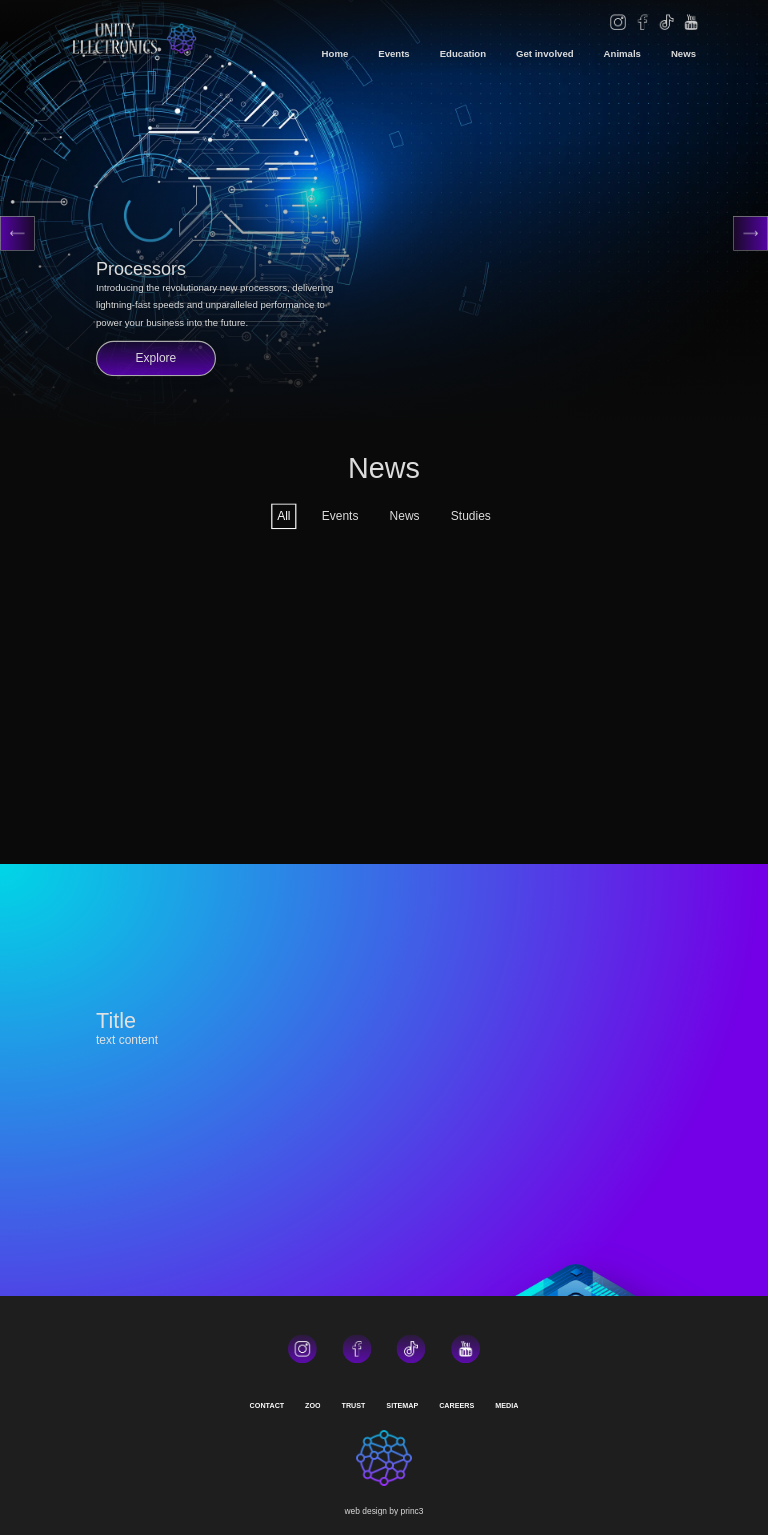
Repository: princ3-web/five
Page: /
An editor plug-in stored every save of this project. The page is shown before and after a run of saves, followed by the edit.
The browser window is 1280 px wide. The pictures show the whole page, at 60% of full size.
An inner scrolling area shows only its first screen. The project was rebuilt for these pictures with package versions that can differ from the ones it lists, and the page was loaded fresh each time. Also part of the build but not shown: src/css/subpage.module.css, src/pages/Events.jsx, src/pages/Education.jsx, src/pages/Membership.jsx, src/pages/Animals.jsx, src/pages/News.jsx, src/pages/Support.jsx.

Above is the page before, as saved 2023-05-08 18:55:16.

### src/App.jsx
import React, { useState } from "react";
import { Routes, Route } from "react-router-dom";
import app from "./css/app.module.css";
import Navbar from "./components/Navbar.jsx";
import Bottombar from "./components/Bottombar.jsx";
import Main from "./pages/Main.jsx";
import Events from "./pages/Events.jsx";
import Education from "./pages/Education.jsx";
import Membership from "./pages/Membership.jsx";
import Animals from "./pages/Animals.jsx";
import News from "./pages/News.jsx";
import Support from "./pages/Support.jsx";
import Scrolltotop from "./components/Scrolltotop";

function App() {
  return (
    <div className={app.app}>
      <Navbar />
      <Routes>
        <Route path="/" element={<Main />} exact />
        <Route path="/Events" element={<Events />} exact />
        <Route path="/Education" element={<Education />} exact />
        <Route path="/Membership" element={<Membership />} exact />
        <Route path="/Animals" element={<Animals />} exact />
        <Route path="/News" element={<News />} exact />
        <Route path="/Support" element={<Support />} exact />
      </Routes>
      <Bottombar />
      <Scrolltotop />
    </div>
  );
}

export default App;

### src/css/app.module.css
:root {
    --thin: 200;
    --regular: 400;
    --bold: 600;
    --font-12: 12px;
    --font-14: 14px;
    --font-16: 16px;
    --font-20: 20px;
    --font-24: 24px;
    --font-30: 30px;
    --font-36: 36px;
    --font-48: 48px;
    --dark: rgb(10, 10, 10);
    --dark-transp-100: rgb(0, 0, 0, 0.5);
    --gray-transp-200: rgba(100, 100, 100, 0.5);
    --gray-transp-300: rgba(100, 100, 100, 0.25);
    --gray-50: rgb(30, 30, 30);
    --gray-100: rgb(60, 60, 60);
    --gray-150: rgb(100, 100, 100);
    --gray-200: rgb(170, 170, 170);
    --gray-300: rgb(220, 220, 220);
    --gray-400: rgb(240, 240, 240);
    --light: rgb(250, 250, 250);
    --light-transp: rgb(255, 255, 255, 0.2);
    --blue-200: rgb(0, 78, 162);
    --blue-300: rgb(0, 123, 255);
    --teal-300: rgb(0, 238, 255);
    --violet-200: rgb(81, 0, 162);
    --violet-300: rgb(128, 0, 255);
    --transp: rgba(0, 0, 0, 0);
}

@import url('https://fonts.googleapis.com/css2?family=Raleway&display=swap');


html > div {
    display: none;
  }

  * {
    overflow-x: hidden;
    padding: 0;
    margin: 0;
    font-family: 'Raleway', sans-serif;
    user-select: none;
  }

  .app{
    background-color: var(--dark);
    height: fit-content;
  }

  .section{
    display: flex;
    flex-direction: column;
    min-height: 100vh;
  }

### src/components/Bottombar.jsx
import React from "react";
import bottombar from "../css/bottombar.module.css";
import logobw from "../assets/icons/logo.png";
import instagram from "../assets/icons/instagram.png";
import facebook from "../assets/icons/facebook.png";
import tiktok from "../assets/icons/tiktok.png";
import youtube from "../assets/icons/youtube.png";
import navbar from "../css/navbar.module.css";
import { Link } from "react-router-dom";

const Bottombar = () => {
  const socials = [instagram, facebook, tiktok, youtube];
  const links = ["CONTACT", "ZOO", "TRUST", "SITEMAP", "CAREERS", "MEDIA"];

  return (
    <>
      <div className={bottombar.bottomBar}>
        <div className={bottombar.socials}>
          {socials.map((item, n) => (
            <img className={bottombar.socialButton} src={item} alt="" key={n} />
          ))}
        </div>
        <div className={bottombar.links}>
          {links.map((item, n) => (
            <div className={bottombar.link} key={n}>
              {item}
            </div>
          ))}
        </div>
        <Link className={navbar.link} to={"/"}>
        <img className={bottombar.logo} src={logobw} alt="" onClick={() => window.scrollTo(0, 0)} />
        </Link>
        <div className={bottombar.signature}>web design by princ3</div>
      </div>
    </>
  );
};

export default Bottombar;

### src/pages/Main.jsx
import React, { useState, useEffect } from "react";
import app from "../css/app.module.css";
import Imagescroller from "../components/Imagescroller";
import Newspicker from "../components/Newspicker";
import Objectscroller from "../components/Objectscroller";

const Main = () => {
  return (
    <>
      <div className={app.section}>
        <Imagescroller />
      </div>

      <div className={app.section}>
        <Newspicker />
      </div>
      <div className={app.section}>
        <Objectscroller />
      </div>
    </>
  );
};

export default Main;

### src/components/Scrolltotop.jsx
import React from 'react';
import { useLocation } from 'react-router-dom';
import { useEffect } from 'react';

const Scrolltotop = () => {
    const { pathname } = useLocation();

    useEffect(() => {
      window.scrollTo(0, 0);
    }, [pathname]);
  }

export default Scrolltotop;

### src/css/navbar.module.css
.navbar {
  position: absolute;
  display: flex;
  flex-direction: row;
  justify-content: space-between;
  align-items: center;
  z-index: 5;
  width: 100%;
  padding-inline: 7rem;
  height: 8rem;
  font-size: var(--font-16);
  overflow: visible;
  box-sizing: border-box;
  background: linear-gradient(var(--dark) -30%, var(--transp) 100%);
}

.navbarContent {
  height: 100%;
  display: flex;
  flex-direction: column;
  justify-content: space-evenly;
}

.navbarTopIcons {
  display: flex;
  flex-direction: row;
  justify-content: space-between;
  width: 12vw;
  margin-left: auto;
  margin-right: 0;
}

.navbarTopIcon {
  width: 2rem;
  filter: brightness(0.8);
}

.navbarTopIcon:hover {
  filter: brightness(1);
  cursor: pointer;
}

.navbarButtons {
  display: flex;
  flex-direction: row;
  justify-content: space-between;
  width: 50vw;
  margin-left: auto;
  margin-right: 0;
}

.navbarButton {
  color: var(--gray-300);
  padding: 0.5rem;
  font-weight: var(--bold);
  cursor: pointer;
  transition: 0.2s;
}

.navbarButton:hover {
  color: var(--gray-400);
  cursor: pointer;
}

.dropdownBackground {
  background-color: black;
  width: 100%;
  height: 15rem;
}

.navbarButtonDropdown {
  visibility: hidden;
  z-index: 3;
  position: absolute;
  margin-left: -25px;
  padding-inline: 1.5rem;
  padding-block: 0.5rem;
  cursor: pointer;
  line-height: 2rem;
  filter: opacity(0);
  transition: 0.35s;
  background: linear-gradient(135deg, var(--dark-transp-100), var(--violet-200));
}

.navbarButton:hover ~ .navbarButtonDropdown {
  visibility: visible;
  filter: opacity(1);
}

.navbarButtonDropdown:hover {
  visibility: visible;
  filter: opacity(1);

}

.navbarButtonDropdownItem {
  color: var(--gray-300);
  display: block;
  transition: 0.2s;
  text-decoration: none;
}

.navbarButtonDropdownItem:hover {
  color: var(--light);
}

.navbarTopButton {
  height: fit-content;
  padding: 0.5rem;
  font-weight: var(--regular);
  cursor: pointer;
}

.logo {
  position: relative;
  display: block;
  height: 40%;
  object-fit: contain;
  z-index: 1;
  filter: drop-shadow(1px 1px 1px var(--dark));
}

.link {
  height: 100%;
  overflow: hidden;
  display: flex;
  align-items: center;
}

.mobileButton {
  display: none;
}

.mobileMenu {
  display: none;
}

@media screen and (max-width: 480px) {
  .navbar {
    height: 5rem;
    padding-inline: 0.5rem;
  }

  .navbarTopButtons {
    display: none;
  }
  .navbarButtons {
    display: none;
  }

  .logo {
    height: 70%;
  }

  .mobileButton {
    display: block;
    height: 50%;
    margin-right: 0.5rem;
    z-index: 1;
  }

  .mobileMenu {
    position: absolute;
    display: block;
    box-sizing: border-box;
    top: 5rem;
    left: 100vw;
    width: 100vw;
    height: 100vh;
    text-align: center;
    background-size: 20rem;
    background-color: var(--green-400);
    transition: 0.2s;
  }

  .mobileMenuShow {
    left: 0;
  }

  .mobileMenuItem {
    color: var(--light);
    font-size: var(--font-20);
    line-height: 4rem;
    text-decoration: none;
  }
}

### src/css/bottombar.module.css
.bottomBar {
  position: relative;
  display: flex;
  flex-direction: column;
  align-items: center;
  width: 100%;
  background-color: var(--gray-50);
  padding-bottom: 2rem;
}

.socials {
  position: relative;
  width: 25%;
  margin: auto;
  left: 0;
  right: 0;
  margin-top: 4rem;
  display: flex;
  flex-direction: row;
  justify-content: space-between;
}

.socialButton {
  width: 2rem;
  padding: 0.5rem;
  background-color: var(--violet-200);
  background: linear-gradient(180deg, var(--transp), var(--violet-300));
  background-size: 100% 200%;
  background-position: 100% 25%;
  transition: 0.5s;
  border-radius: 2rem;
  cursor: pointer;
}

.socialButton:hover {
  background-position: 100% 100%;

}

.links {
  position: relative;
  width: 35%;
  font-size: var(--font-12);
  margin: auto;
  left: 0;
  right: 0;
  margin-top: 4rem;
  display: flex;
  flex-direction: row;
  justify-content: space-between;
}

.link {
  color: var(--light);
  font-weight: var(--bold);
  cursor: pointer;
}

.link:hover {
  color: var(--gray-200);
}

.logo {
  position: relative;
  width: 6rem;
  padding-top: 2rem;
  padding-bottom: 2rem;
  cursor: pointer;
  transition: 0.2s;
}

.logo:hover {
  filter: brightness(0.8);
}

.signature {
  color: var(--gray-300);
  font-size: var(--font-14);
  font-weight: var(--thin);
}

@media screen and (max-width: 480px) {
  .socials {
    width: 90%;
  }

  .links {
    display: flex;
    flex-wrap: wrap;
    width: 90%;
    justify-content: space-between;
  }

  .link {
    width: 30%;
    height: 3rem;
    text-align: center;
  }
}

### src/components/Imagescroller.jsx
import React, { useEffect, useState } from "react";
import imagescroller from "../css/imagescroller.module.css";

const Imagescroller = () => {
  const [selectedBackground, toggleSelectedBackground] = useState(0);

  useEffect(() => {
    const intervalId = setInterval(() => {
      selectedBackground < 2
        ? toggleSelectedBackground((state) => state + 1)
        : toggleSelectedBackground(0);
    }, 6000);

    return () => {
      clearInterval(intervalId);
    };
  }, [selectedBackground]);

  const backgrounds = [0, 1, 2];
  const backgroundsText = [
    {
      title: "Processors",
      text: "Introducing the revolutionary new processors, delivering lightning-fast speeds and unparalleled performance to power your business into the future.",
    },
    {
      title: "New Techs",
      text: "Unlock the full potential of your industry with cutting-edge technologies designed to increase efficiency, productivity, and profitability.",
    },
    {
      title: "GPUs",
      text: "Experience unprecedented gaming performance and immerse yourself in stunningly realistic graphics with our new ground-breaking graphics cards.",
    },
  ];

  return (
    <div>
      <div className={imagescroller.imageScroller}>
        {backgrounds.map((item, n) => (
          <img
            className={[
              imagescroller.image,
              selectedBackground !== n ? imagescroller.imageFade : "",
            ].join(" ")}
            src={require("../assets/images/background" + n + ".webp")}
            alt=""
          />
        ))}

        <img
          className={imagescroller.arrow}
          onClick={() =>
            selectedBackground > 0
              ? toggleSelectedBackground((state) => state - 1)
              : toggleSelectedBackground(backgrounds.length - 1)
          }
          style={{ left: "0", rotate: "180deg", translateY: "-50%" }}
          src={require("../assets/icons/arrow.png")}
          alt=""
        />
        <img
          className={imagescroller.arrow}
          onClick={() =>
            selectedBackground < backgrounds.length - 1
              ? toggleSelectedBackground((state) => state + 1)
              : toggleSelectedBackground(0)
          }
          style={{ right: "0", rotate: "0deg", translateY: "-50%" }}
          src={require("../assets/icons/arrow.png")}
          alt=""
        />
        <div className={imagescroller.gradient}></div>
      </div>
      <div className={imagescroller.explore}>
        <div className={imagescroller.exploreTitle}>
          {backgroundsText[selectedBackground].title}
        </div>
        <div className={imagescroller.exploreText}>
          {backgroundsText[selectedBackground].text}
        </div>
        <div className={imagescroller.exploreButton}>Explore</div>
      </div>
    </div>
  );
};

export default Imagescroller;

### src/components/Newspicker.jsx
import React, { useState } from "react";
import newspicker from "../css/newspicker.module.css";

const Newspicker = () => {
  const newsButtons = ["All", "Events", "News", "Studies"];
  const [selectedButton, toggleSelectedButton] = useState(0);

  return (
    <div className={newspicker.news}>
      <div
        className={newspicker.newsTitle}
        style={{ textAlign: "center", marginTop: "2rem" }}
      >
        News
      </div>
      <div className={newspicker.newsButtons}>
        {newsButtons.map((item, n) => (
          <div
            className={[
              newspicker.newsButton,
              n === selectedButton && newspicker.newsButtonSelected,
            ].join(" ")}
            onClick={() => toggleSelectedButton(n)}
          >
            {item}
          </div>
        ))}
      </div>
    </div>
  );
};

export default Newspicker;

### src/components/Objectscroller.jsx
import React, { useEffect, useState } from "react";
import objectscroller from "../css/objectscroller.module.css";

const Objectscroller = () => {
  const [scrollPos, setScrollPos] = useState(false);

  // useEffect for setting useState: scrollPos
  useEffect(() => {
    const handleMouseMove = () => {
      setScrollPos(window.scrollY);
    };

    window.addEventListener("scroll", handleMouseMove);
    return () => {
      window.removeEventListener("scroll", handleMouseMove);
    };
  }, []);

  console.log(scrollPos);

  return (
    <div>
      <div className={objectscroller.gradient}>
        <div className={objectscroller.textContainer}>
          <div className={objectscroller.title}>Title</div>
          <div className={objectscroller.text}>text content</div>
        </div>
        <img
          className={objectscroller.image}
          style={{
            translate: "0px " + (- scrollPos / 3 + 400 + "px").toString(),
          }}
          src={require("../assets/images/object1.png")}
          alt=""
        />
      </div>
    </div>
  );
};

export default Objectscroller;

### src/css/imagescroller.module.css
.imageScroller {
  position: absolute;
  height: 100vh;
  width: 100%;
  display: block;
  white-space: nowrap;
  background-color: var(--dark);
}

.image {
  position: absolute;
  z-index: 1;
  width: 100vw;
  height: 100vh;
  object-fit: cover;
  top: 0;
  left: 0;
  padding: 0;
  transition: 1s;
  filter: opacity(1);
}

.imageFade {
  filter: opacity(0);
}

.arrow {
  position: absolute;
  width: 1.5rem;
  z-index: 2;
  top: 50%;
  padding: 1rem;
  border: 1px solid var(--gray-200);
  cursor: pointer;
  background-size: 0% 0%;
  background-color: var(--gray-200);
  background: linear-gradient(90deg, var(--dark) 0%, var(--violet-300));
  background-size: 200% 100%;
  background-position: 25% 100%;
  transition: 0.5s;
}

.arrow:hover {
  background-position: 100% 100%;
}

.gradient {
  position: absolute;
  top: 0;
  width: 100vw;
  height: 100vh;
  background: linear-gradient(var(--transp) 30%, var(--dark) 100%);
  z-index: 1;
}

.explore {
  position: absolute;
  z-index: 3;
  left: 10rem;
  top: 60%;
  width: 25rem;
  filter: drop-shadow(0px 0px 10px var(--dark));

}

.exploreTitle {
  position: relative;
  color: var(--gray-300);
  font-size: var(--font-30);
}

.exploreText {
  position: relative;
  color: var(--gray-300);
  font-size: var(--font-16);
  margin-bottom: 1rem;
  line-height: 1.8rem;
}

.exploreButton {
  position: relative;
  width: fit-content;
  color: var(--gray-300);
  font-size: var(--font-20);
  padding: 1rem;
  padding-inline: 4rem;
  border: 2px solid var(--gray-200);
  border-radius: 2rem;
  background: linear-gradient(180deg, var(--transp), var(--violet-300));
  background-size: 100% 200%;
  background-position: 100% 25%;
  transition: 0.5s;
  cursor: pointer;
}

.exploreButton:hover {
  background-position: 100% 100%;
}

.video {
  position: relative;
  display: flex;
  box-sizing: border-box;
  z-index: 1;
  width: 100%;
  height: 100vh;
  object-fit: cover;
  padding: 0;
  border-top: 0.25rem solid var(--green-500);
}

@media screen and (max-width: 480px) {
  .video {
    width: 100%;
    margin: unset;
  }
}

### src/css/newspicker.module.css
.news{
    display: flex;
    flex-direction: column;
  }

  .newsTitle {
    font-size: var(--font-48);
    color: var(--gray-300);
    margin-bottom: 2rem;
  }

  .newsButtons{
    display: flex;
    flex-direction: row;
    justify-content: center;
    align-self: center;
    width: 50%;
  }

  .newsButton {
    color: var(--gray-300);
    font-size: var(--font-20);
    border: 2px solid var(--transp);
    margin-inline: 1rem;
    padding: 0.5rem;
    cursor: pointer;
    transition: 0.5s;
  }

  .newsButtonSelected{
    border: 2px solid var(--light);
    color: var(--light);
  }

### src/css/objectscroller.module.css
.image {
  position: absolute;
  top: 50%;
  transform: translateY(-50%);
  right: 10rem;
  width: 20rem;
  filter: drop-shadow(30px 30px 30px var(--violet-200));
}

.textContainer {
  color: var(--light);
  position: absolute;
  left: 10rem;
  top: 15rem;
  margin: auto;
}

.title {
  font-size: var(--font-36);
}

.text {
  font-size: var(--font-20);
}

.gradient {
  width: 100vw;
  height: 100vh;
  background: radial-gradient(at left top, var(--teal-300) 0%, var(--violet-300) 70%);
  background-size: 100% 150%;
  filter: brightness(0.9);
}

Loaded but not shown: public/index.html (common file); src/index.js (common file); src/index.css (common file); src/reportWebVitals.js (common file); src/components/Navbar.jsx (156 lines, source omitted)

After the next 3 saves:
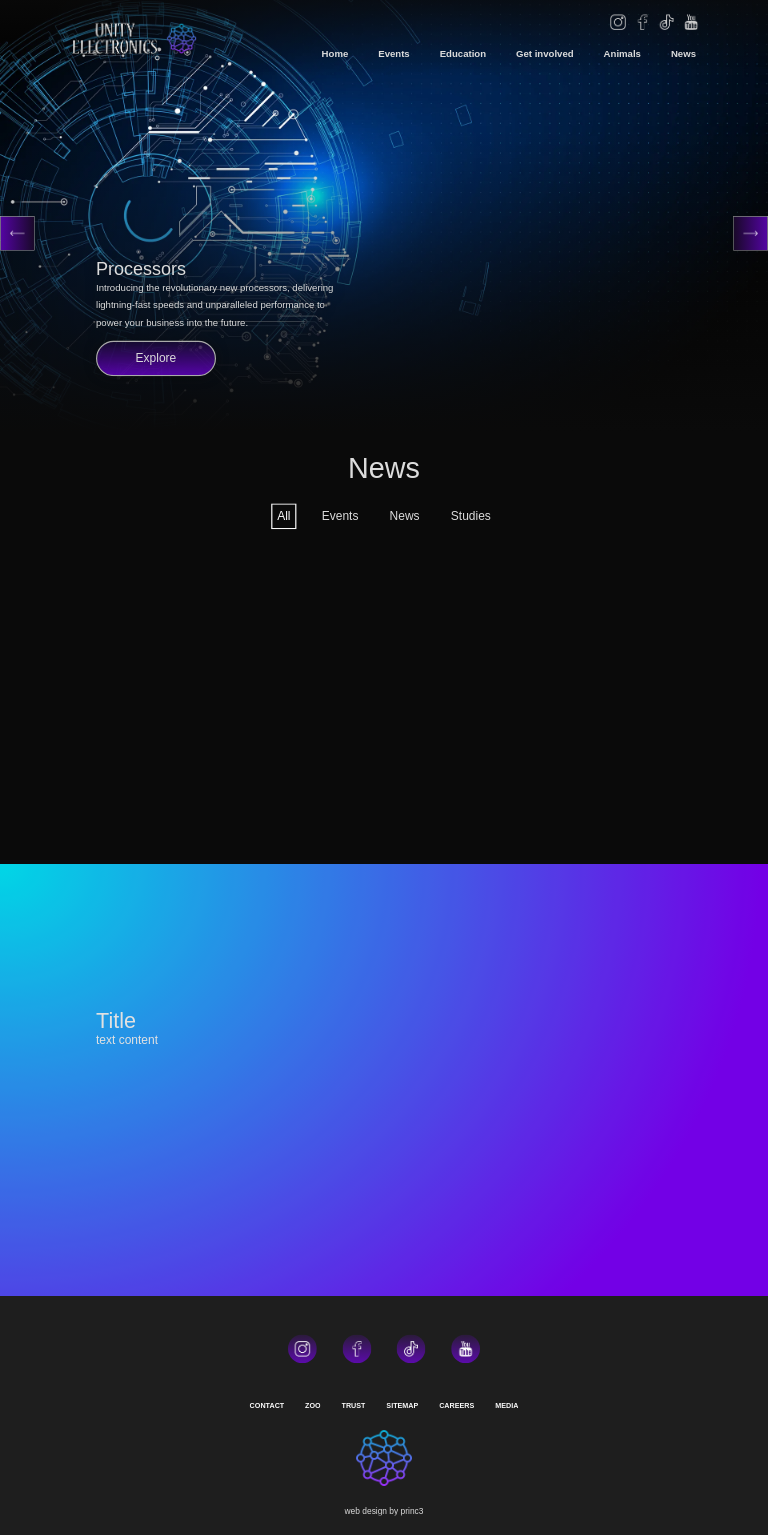
The 3 saves are shown as one change because they came seconds apart.
The last was saved 24 s later.
--- a/src/components/Objectscroller.jsx
+++ b/src/components/Objectscroller.jsx
@@ -28,7 +28,7 @@
         <img
           className={objectscroller.image}
           style={{
-            translate: "0px " + (- scrollPos / 3 + 400 + "px").toString(),
+            translate: "0px " + (- scrollPos / 2 + 600 + "px").toString(),
           }}
           src={require("../assets/images/object1.png")}
           alt=""

After the 3 saves that followed:
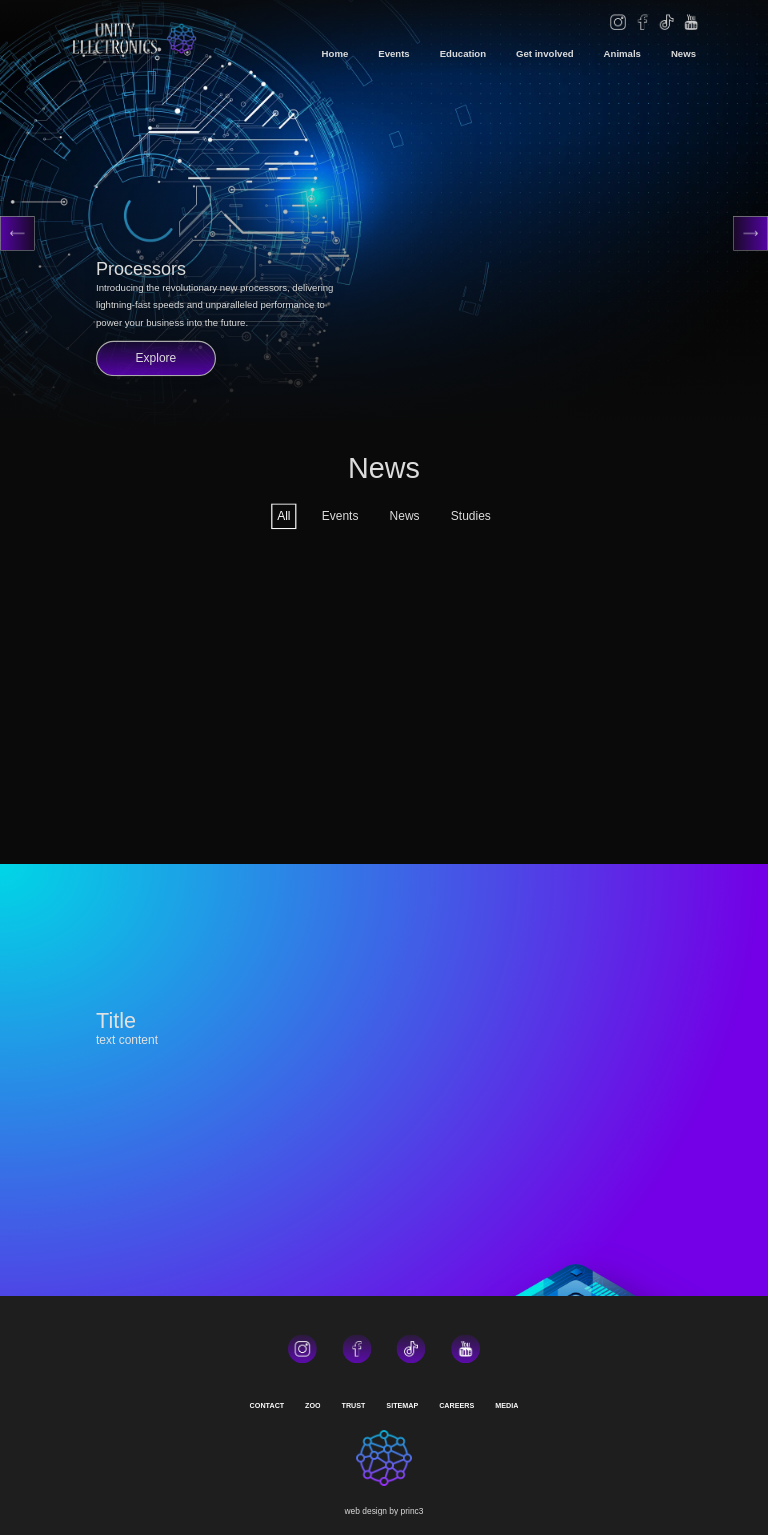
The 3 saves are shown as one change because they came seconds apart.
The last was saved 39 s later.
--- a/src/components/Objectscroller.jsx
+++ b/src/components/Objectscroller.jsx
@@ -28,7 +28,7 @@
         <img
           className={objectscroller.image}
           style={{
-            translate: "0px " + (- scrollPos / 2 + 600 + "px").toString(),
+            translate: "0px " + (- scrollPos / 3 + 400 + "px").toString(),
           }}
           src={require("../assets/images/object1.png")}
           alt=""
